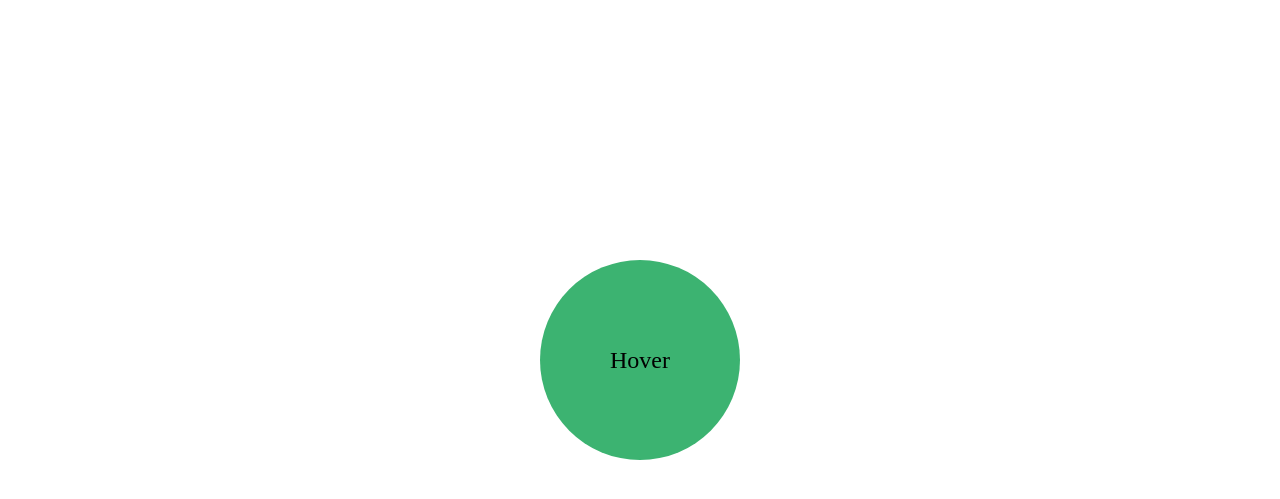
Repository: PrashantPanjwani/JSProjects
Page: P-Project3/index.html
The author's editor kept a copy of each file at every save. The page is drawn from the files as they stood at one save, then again after the next save.
The browser window is 1280 px wide. The pictures show the whole page.

Above is the page before, as saved 2024-06-04 16:27:03.

After the next save:
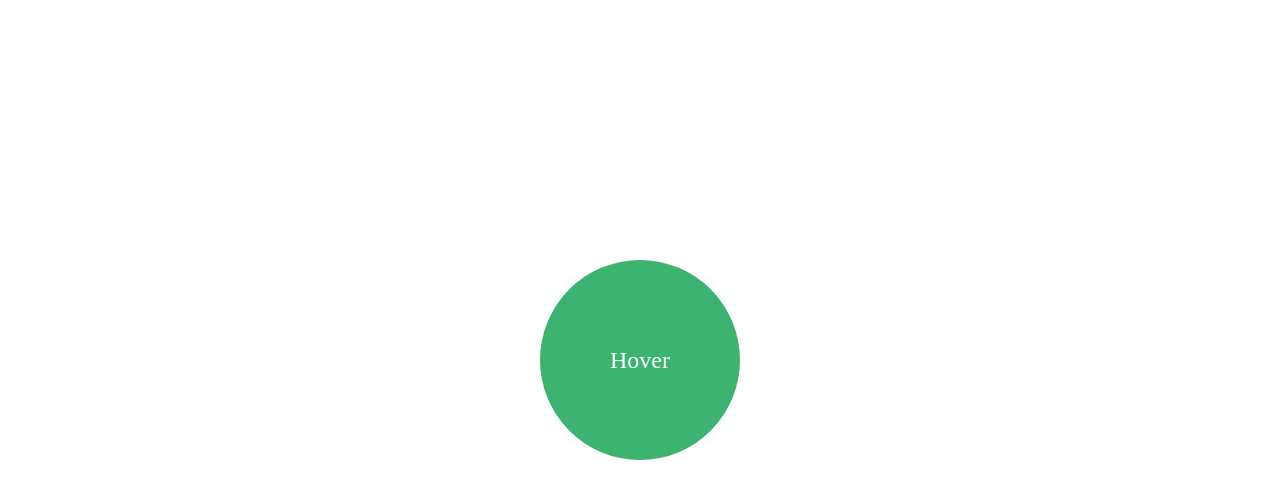
Saved 18 s later.
--- a/P-Project3/style.css
+++ b/P-Project3/style.css
@@ -19,6 +19,8 @@
     width: 200px;
     background-color: mediumseagreen;
     font-size: 1.5rem;
+    color: white;
+    cursor: pointer;
     transition: cubic-bezier(0.075, 0.82, 0.165, 1) 3s;
 
 }
